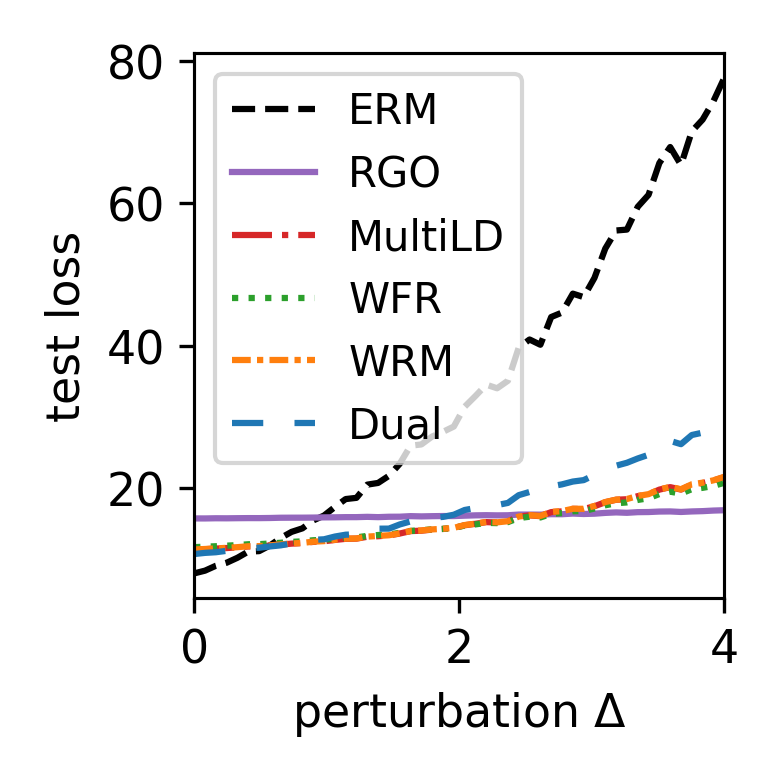
Repository: ZusenXu/GFS-DRO
Script's output: python uncertain_least_squares/uncertain_least_squares.py
These files come from the project's save history. The script's output is drawn as it stood at one moment and after the next save; the edit follows.
Random numbers start from a fixed seed.

Above is the script's output before, as saved 2025-09-13 20:55:23.

### uncertain_least_squares/uncertain_least_squares.py
import numpy as np
import matplotlib.pyplot as plt
from scipy.optimize import minimize
from scipy.special import logsumexp

# --- 1. 实验设置与参数定义 ---
# 定义问题的维度
DIM_M = 10  # 矩阵 A 的行数
DIM_N = 10  # 矩阵 A 的列数 (theta 的维度)

# 定义训练/测试样本数量
N_TRAIN_SAMPLES = 10
N_TEST_SAMPLES = 1000

# 定义分布偏移的扰动范围
DELTA_MIN = 0.0
DELTA_MAX = 4.0
DELTA_STEPS = 50

# --- DRO 算法超参数 ---
N_EPOCHS = 50 # 外部优化的迭代轮数
LEARNING_RATE = 0.01 # 外部优化 theta 的学习率
LAMBDA_VAL = 1.0 # 正则化参数 lambda
EPSILON = 0.1 # 熵正则化参数 epsilon
GRAD_CLIP_THRESHOLD = 10.0 # 梯度裁剪阈值，防止梯度爆炸

# RGO (算法2) 特定参数
RGO_SMOOTHNESS_L = 0.5 # 假设的损失函数平滑度 L (需满足 LAMBDA_VAL > L/2)

# MultiLD (算法3), WFR (算法4), WRM 特定参数
K_INNER_STEPS = 10  # 内部循环迭代次数 K
INNER_STEP_SIZE = 0.01 # 内部循环步长 eta

# WFR (算法4) 特定参数
M_PARTICLES = 5 # WFR 使用的粒子(样本)数量
WFR_WEIGHT_STEP_SIZE = 0.08 # WFR 权重更新步长 tau

# Dual 方法特定参数
SINKHORN_SAMPLE_LEVEL = 4 # Dual 方法的蒙特卡洛采样级别

# --- 2. 生成固定的问题实例 ---
np.random.seed(42)
A0 = np.random.randn(DIM_M, DIM_N)
A1 = np.random.randn(DIM_M, DIM_N)
b = np.random.randn(DIM_M)

# --- 3. 数据生成函数 ---
def generate_training_data(n_samples):
    return np.random.uniform(-0.5, 0.5, n_samples)

def generate_test_data(n_samples, delta):
    lower_bound = -0.5 * (1 + delta)
    upper_bound = 0.5 * (1 + delta)
    return np.random.uniform(lower_bound, upper_bound, n_samples)

# --- 4. 核心函数定义 ---
def loss_function(theta, z):
    """ 计算单个样本 z 的损失 f_theta(z) """
    A_z = A0 + z * A1
    residual = A_z @ theta - b
    return np.sum(residual**2)

def loss_grad_theta(theta, z):
    """ 计算损失函数关于 theta 的梯度 nabla_theta f_theta(z) """
    A_z = A0 + z * A1
    residual = A_z @ theta - b
    return 2 * A_z.T @ residual

# --- 5. ERM (经验风险最小化) 实现 ---
def erm_objective_function(theta, xi_samples):
    """ 计算 ERM 的目标函数值（平均损失）"""
    total_loss = np.mean([loss_function(theta, xi) for xi in xi_samples])
    return total_loss

def solve_erm(xi_train_samples):
    """ 使用优化器求解 ERM 问题 """
    initial_theta = np.zeros(DIM_N)
    result = minimize(
        erm_objective_function, initial_theta, args=(xi_train_samples,), method='BFGS')
    if not result.success:
        print("警告: ERM 优化过程可能未收敛。")
    return result.x

# --- 6. RGO (算法2) 实现 ---
def solve_rgo(xi_train_samples):
    """ 使用 RGO 算法求解 Sinkhorn DRO """
    theta = np.zeros(DIM_N)

    def rgo_inner_objective(z, xi, current_theta):
        l = loss_function(current_theta, z)
        penalty = np.sum((z - xi)**2)
        return -l / (LAMBDA_VAL * EPSILON) + penalty / EPSILON

    for _ in range(N_EPOCHS):
        grad_accumulator = np.zeros_like(theta)
        for xi in xi_train_samples:
            res = minimize(rgo_inner_objective, xi, args=(xi, theta), method='BFGS')
            z_star = res.x
            accepted = False
            while not accepted:
                variance = (LAMBDA_VAL * EPSILON) / (2 * LAMBDA_VAL - RGO_SMOOTHNESS_L)
                if variance <= 0: variance = 1e-6
                z_candidate = np.random.normal(z_star, np.sqrt(variance))
                f_val_candidate = rgo_inner_objective(z_candidate, xi, theta)
                f_val_star = rgo_inner_objective(z_star, xi, theta)
                log_accept_prob = -f_val_candidate + f_val_star - ((np.sum((z_candidate - z_star)**2)) / (2*variance))
                if np.log(np.random.rand()) < log_accept_prob:
                    accepted_sample = z_candidate
                    accepted = True
            grad_accumulator += loss_grad_theta(theta, accepted_sample)

        avg_grad = grad_accumulator / len(xi_train_samples)
        grad_norm = np.linalg.norm(avg_grad)
        if grad_norm > GRAD_CLIP_THRESHOLD:
            avg_grad = avg_grad * GRAD_CLIP_THRESHOLD / grad_norm
        theta -= LEARNING_RATE * avg_grad

    return theta

# --- 7. Multi-Step Langevin Dynamics (算法3) 实现 ---
def solve_multi_ld(xi_train_samples):
    """ 使用 Multi-step Langevin Dynamics (MultiLD) 求解 Sinkhorn DRO """
    theta = np.zeros(DIM_N)

    def f_bar_grad_z(z, xi, current_theta):
        A1_theta = A1 @ current_theta
        A_z_theta = (A0 + z * A1) @ current_theta
        grad_f = 2 * A1_theta.T @ (A_z_theta - b)
        return grad_f - 2 * LAMBDA_VAL * (z - xi)

    for _ in range(N_EPOCHS):
        grad_accumulator = np.zeros_like(theta)
        for xi in xi_train_samples:
            z_k = xi
            for _ in range(K_INNER_STEPS):
                noise = np.random.normal(0, 1)
                grad = f_bar_grad_z(z_k, xi, theta)
                z_k += INNER_STEP_SIZE * grad + np.sqrt(2 * INNER_STEP_SIZE * LAMBDA_VAL * EPSILON) * noise
            grad_accumulator += loss_grad_theta(theta, z_k)

        avg_grad = grad_accumulator / len(xi_train_samples)
        grad_norm = np.linalg.norm(avg_grad)
        if grad_norm > GRAD_CLIP_THRESHOLD:
            avg_grad = avg_grad * GRAD_CLIP_THRESHOLD / grad_norm
        theta -= LEARNING_RATE * avg_grad

    return theta

# --- 8. WFR Flow (算法4) 实现 ---
def solve_wfr(xi_train_samples):
    """ 使用 WFR Flow 求解 Sinkhorn DRO """
    theta = np.zeros(DIM_N)

    def f_bar(z, xi, current_theta):
         return loss_function(current_theta, z) - LAMBDA_VAL * np.sum((z-xi)**2)

    def f_bar_grad_z(z, xi, current_theta):
        A1_theta = A1 @ current_theta
        A_z_theta = (A0 + z * A1) @ current_theta
        grad_f = 2 * A1_theta.T @ (A_z_theta - b)
        return grad_f - 2 * LAMBDA_VAL * (z - xi)

    for _ in range(N_EPOCHS):
        grad_accumulator = np.zeros_like(theta)
        for xi in xi_train_samples:
            particles = np.full(M_PARTICLES, xi)
            weights = np.full(M_PARTICLES, 1.0 / M_PARTICLES)

            for _ in range(K_INNER_STEPS):
                for i in range(M_PARTICLES):
                    noise = np.random.normal(0, 1)
                    grad = f_bar_grad_z(particles[i], xi, theta)
                    particles[i] += INNER_STEP_SIZE * grad + np.sqrt(2 * INNER_STEP_SIZE * LAMBDA_VAL * EPSILON) * noise
                    f_bar_val = f_bar(particles[i], xi, theta)
                    weights[i] = (weights[i]**(1 - LAMBDA_VAL * EPSILON * WFR_WEIGHT_STEP_SIZE)) * np.exp(WFR_WEIGHT_STEP_SIZE * f_bar_val)

                sum_weights = np.sum(weights)
                if sum_weights > 1e-8: weights /= sum_weights
                else: weights = np.full(M_PARTICLES, 1.0 / M_PARTICLES)

            weighted_grad = np.sum([w * loss_grad_theta(theta, z) for w, z in zip(weights, particles)], axis=0)
            grad_accumulator += weighted_grad

        avg_grad = grad_accumulator / len(xi_train_samples)
        grad_norm = np.linalg.norm(avg_grad)
        if grad_norm > GRAD_CLIP_THRESHOLD:
            avg_grad = avg_grad * GRAD_CLIP_THRESHOLD / grad_norm
        theta -= LEARNING_RATE * avg_grad

    return theta

# --- 9. WRM (Wasserstein Robust Method) 实现 ---
def solve_wrm(xi_train_samples):
    """ 使用 WRM (确定性内部优化) 求解 """
    theta = np.zeros(DIM_N)

    def f_bar_grad_z(z, xi, current_theta):
        A1_theta = A1 @ current_theta
        A_z_theta = (A0 + z * A1) @ current_theta
        grad_f = 2 * A1_theta.T @ (A_z_theta - b)
        return grad_f - 2 * LAMBDA_VAL * (z - xi)

    for _ in range(N_EPOCHS):
        grad_accumulator = np.zeros_like(theta)
        for xi in xi_train_samples:
            z_k = xi
            # 内部 K 步梯度上升 (无噪声)
            for _ in range(K_INNER_STEPS):
                grad = f_bar_grad_z(z_k, xi, theta)
                z_k += INNER_STEP_SIZE * grad

            grad_accumulator += loss_grad_theta(theta, z_k)

        avg_grad = grad_accumulator / len(xi_train_samples)
        grad_norm = np.linalg.norm(avg_grad)
        if grad_norm > GRAD_CLIP_THRESHOLD:
            avg_grad = avg_grad * GRAD_CLIP_THRESHOLD / grad_norm
        theta -= LEARNING_RATE * avg_grad

    return theta

# --- 10. Dual Method (对偶方法) 实现 ---
def solve_dual(xi_train_samples):
    """ 使用对偶方法求解 Sinkhorn DRO """
    theta = np.zeros(DIM_N)

    levels = np.arange(SINKHORN_SAMPLE_LEVEL + 1)
    numerators = 2.0**(-levels)
    denominator = 2.0 - 2.0**(-SINKHORN_SAMPLE_LEVEL)
    probabilities = numerators / denominator

    for _ in range(N_EPOCHS):
        grad_accumulator = np.zeros_like(theta)
        for xi in xi_train_samples:
            # 1. 多层蒙特卡洛采样
            sampled_level = np.random.choice(levels, p=probabilities)
            m = 2**sampled_level

            # 2. 从基础分布采样
            noise = np.random.randn(m) * np.sqrt(EPSILON)
            z_samples = xi + noise

            # 3. 计算梯度
            # v_j = f_theta(z_j) / (lambda*epsilon)
            v = np.array([loss_function(theta, z) for z in z_samples]) / (LAMBDA_VAL * EPSILON)

            # weights = softmax(v)
            weights = np.exp(v - np.max(v)) # 减去max增强稳定性
            weights /= np.sum(weights)

            # grad = sum(w_j * grad_theta f(z_j))
            grads_per_sample = np.array([loss_grad_theta(theta, z) for z in z_samples])
            weighted_grad = np.sum(weights[:, np.newaxis] * grads_per_sample, axis=0)
            grad_accumulator += weighted_grad

        avg_grad = grad_accumulator / len(xi_train_samples)
        grad_norm = np.linalg.norm(avg_grad)
        if grad_norm > GRAD_CLIP_THRESHOLD:
            avg_grad = avg_grad * GRAD_CLIP_THRESHOLD / grad_norm
        theta -= LEARNING_RATE * avg_grad

    return theta

# --- 11. 实验执行与评估 ---
def run_experiment():
    """ 执行完整的实验流程 """
    xi_train = generate_training_data(N_TRAIN_SAMPLES)

    print("正在求解 ERM 模型...")
    theta_erm = solve_erm(xi_train)
    print("正在求解 RGO 模型...")
    theta_rgo = solve_rgo(xi_train)
    print("正在求解 MultiLD 模型...")
    theta_multi_ld = solve_multi_ld(xi_train)
    print("正在求解 WFR 模型...")
    theta_wfr = solve_wfr(xi_train)
    print("正在求解 WRM 模型...")
    theta_wrm = solve_wrm(xi_train)
    print("正在求解 Dual 模型...")
    theta_dual = solve_dual(xi_train)
    print("所有模型求解完成。")

    delta_values = np.linspace(DELTA_MIN, DELTA_MAX, DELTA_STEPS)
    results = {'ERM': [], 'RGO': [], 'MultiLD': [], 'WFR': [], 'WRM': [], 'Dual': []}
    models = {
        'ERM': theta_erm, 'RGO': theta_rgo, 'MultiLD': theta_multi_ld,
        'WFR': theta_wfr, 'WRM': theta_wrm, 'Dual': theta_dual
    }

    print("正在评估所有模型...")
    for delta in delta_values:
        xi_test = generate_test_data(N_TEST_SAMPLES, delta)
        for name, theta in models.items():
            test_loss = erm_objective_function(theta, xi_test)
            results[name].append(test_loss)

    print("评估完成。")
    return delta_values, results

# --- 12. 结果可视化 ---
def plot_results(delta_values, results):
    """ 绘制所有模型损失随扰动 delta 变化的曲线 """
    fig, ax = plt.subplots(figsize=(2.613, 2.613), dpi=300)

    styles = {
        'ERM': {'color': 'k', 'linestyle': '--'},
        'RGO': {'color': '#9467bd', 'linestyle': '-'},
        'MultiLD': {'color': '#d62728', 'linestyle': '-.'},
        'WFR': {'color': '#2ca02c', 'linestyle': ':'},
        'WRM': {'color': '#ff7f0e', 'linestyle': (0, (3, 1, 1, 1))}, # orange, dashdotdot
        'Dual': {'color': '#1f77b4', 'linestyle': (0, (5, 5))} # blue, dashed
    }

    for name, losses in results.items():
        ax.plot(delta_values, losses, linewidth=1.5, label=name, **styles[name])

    #ax.set_title('(a) Uncertain least squares loss', fontsize=11)
    ax.set_xlabel('perturbation $\Delta$', fontsize=11)
    ax.set_ylabel('test loss', fontsize=11)
    ax.tick_params(axis='both', which='major', labelsize=11)
    for spine in ax.spines.values():
        spine.set_linewidth(0.75)
    ax.set_xlim(0, 4)
    ax.grid(False)
    ax.legend(fontsize=10)
    plt.tight_layout()
    plt.savefig('uncertain_least_squares_results.png', dpi=300)
    plt.show()

# --- 主程序入口 ---
if __name__ == '__main__':
    with np.errstate(all='ignore'):
        delta_vals, all_results = run_experiment()
        plot_results(delta_vals, all_results)

After the next save:
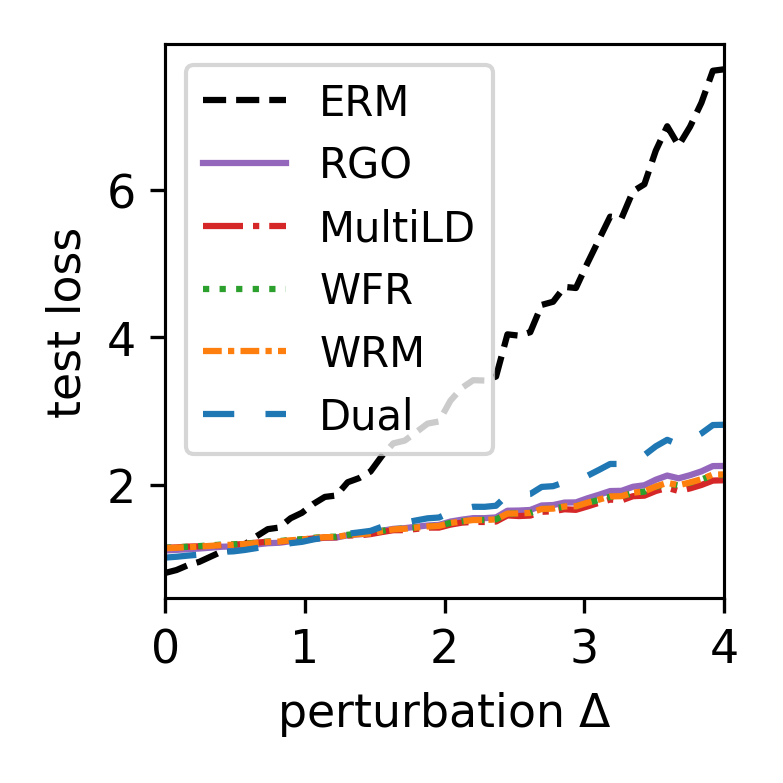
Saved 41 s later.
--- a/uncertain_least_squares/uncertain_least_squares.py
+++ b/uncertain_least_squares/uncertain_least_squares.py
@@ -58,7 +58,7 @@ def loss_function(theta, z):
     """ 计算单个样本 z 的损失 f_theta(z) """
     A_z = A0 + z * A1
     residual = A_z @ theta - b
-    return np.sum(residual**2)
+    return np.sum(residual**2)/DIM_M
 
 def loss_grad_theta(theta, z):
     """ 计算损失函数关于 theta 的梯度 nabla_theta f_theta(z) """
